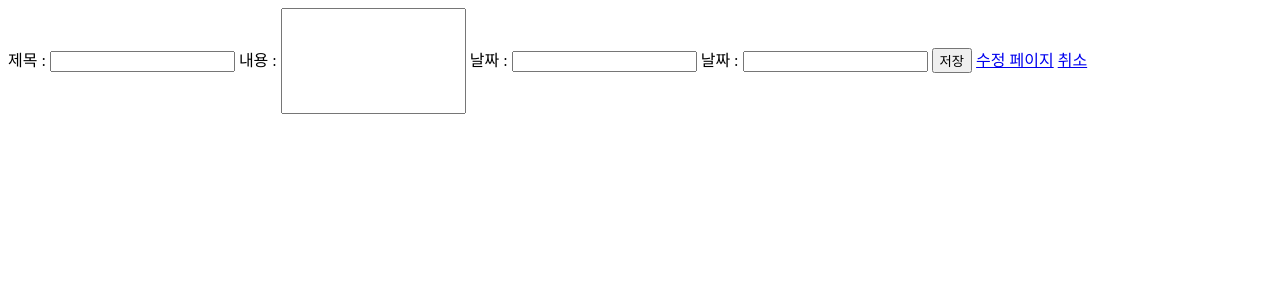
Repository: sandartchip/Board_v01
Page: http://localhost/firstjsp/write.jsp
These files come from the project's save history. The page is drawn as it stood at one moment and after the next save; the edit follows.
The browser window is 1280 px wide. The pictures show the whole page.
The page is served by Tomcat 9.

Above is the page before, as saved 2019-03-19 23:57:17.

### Board_v01/firstjsp/WebContent/write.jsp
<%@ page language= "java" contentType= "text/html; charset=utf-8" pageEncoding= "utf-8" %>

<!DOCTYPE html>
<html>
<head>
		<meta charset="UTF-8">
		<title>글 작성 페이지</title>
</head>

<body>

<!--  서버단에서 출력 -->
	<form action="writeSave.jsp" method="post" onsubmit="return formCheck();">
	<!--  데이터들을 가진 form을 action에 지정된 페이지로 보냄 -->
	<!--  post는 많은 값 보낼 때. -->

	제목 : <input type="text" name="title">
	내용 : <input type="text" name="content" style="height:100px">
	날짜 : <input type="text" name="regDate">
	날짜 : <input type="text" name="modDate">

	<input type="submit" value = "저장"/>

	<a href="modify.jsp">수정 페이지</a>
	<a href="view.jsp"> 취소 </a> <!-- 상세보기로 이동 -->

	</form>

	<script>
		function formCheck(){

			//첫번째 form의 제목의 값
			var title = document.forms[0].title.value;
			var body = document.forms[0].body.value;
			var length = document.forms[0].length -1;

			if( title.length >80) {
				alert("제목의 길이가 너무 깁니다");
				return false;
			}

			for(var i=0;i<length;i++){
				if(document.forms[0][i].value == null || document.forms[0][i].value==""){
					alert(document.forms[0][i].name + "을 입력하세요.");
					document.forms[0][i].focus();
					return false;
				}
			}
		}

	</script>
</body>
</html>

After the next save:
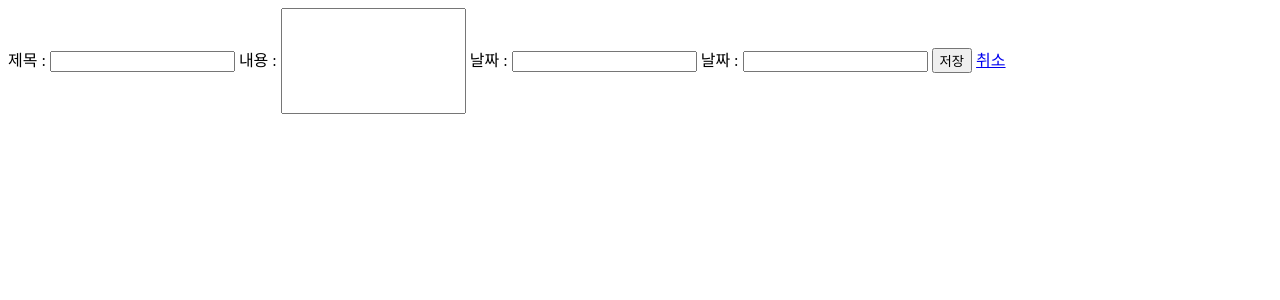
Saved 6 min 22 s later.
--- a/Board_v01/firstjsp/WebContent/write.jsp
+++ b/Board_v01/firstjsp/WebContent/write.jsp
@@ -21,7 +21,6 @@
 
 	<input type="submit" value = "저장"/>
 
-	<a href="modify.jsp">수정 페이지</a>
 	<a href="view.jsp"> 취소 </a> <!-- 상세보기로 이동 -->
 
 	</form>
